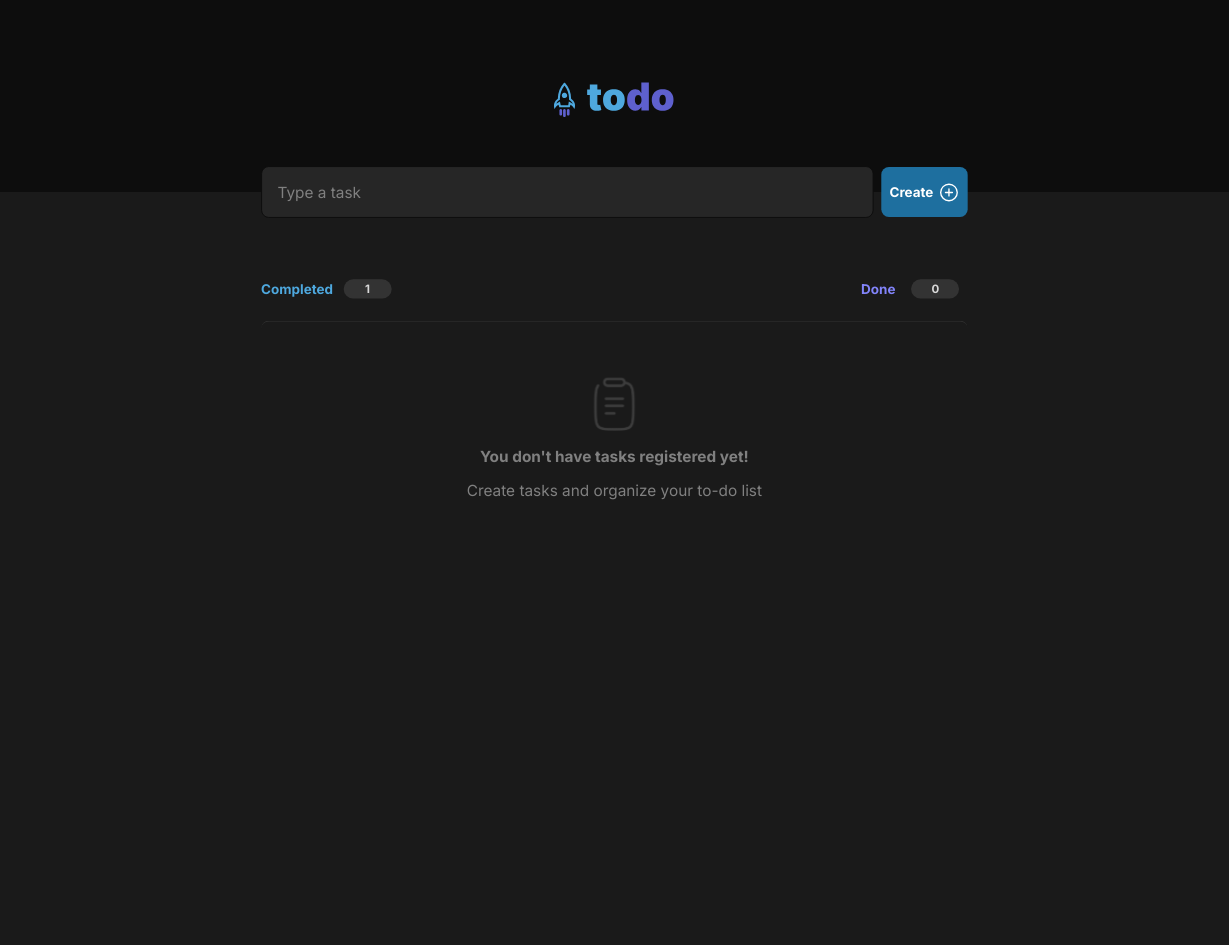
Repository: JoseGu1llardi/to-do-list-D01
Page: /
These files come from the project's save history. The page is drawn as it stood at one moment and after the next save; the edit follows.
The browser window is 1280 px wide. The pictures show the whole page, at 96% of full size.
The project was rebuilt for these pictures with package versions that can differ from the ones it lists, and the page was loaded fresh each time. Also part of the build but not shown: vite.config.ts.

Above is the page before, as saved 2023-03-11 20:45:46.

After the next save:
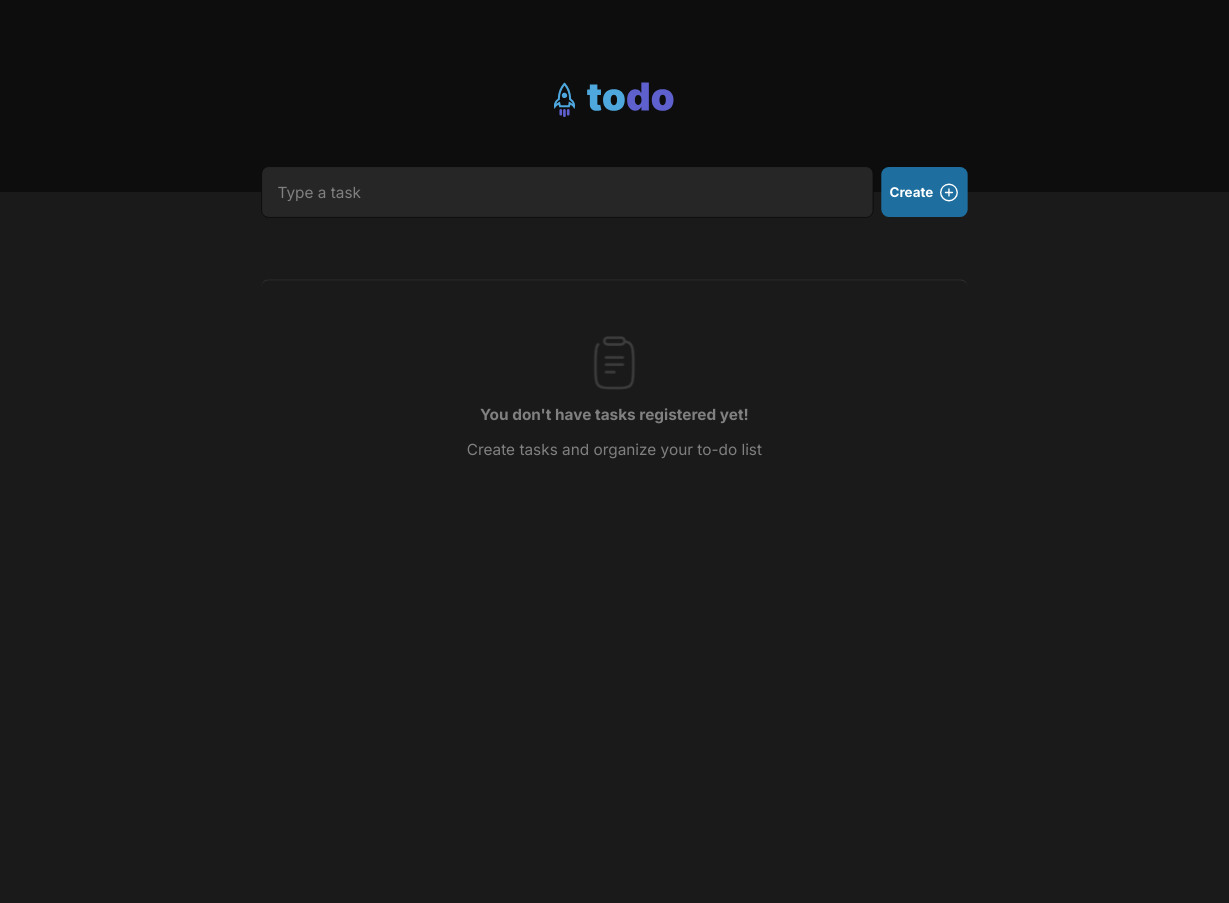
Saved 28 s later.
--- a/src/components/Tasks/index.tsx
+++ b/src/components/Tasks/index.tsx
@@ -5,7 +5,7 @@ import styles from './styles.module.css';
 export function Tasks() {
     return (
         <>
-            <section className={styles.info}>
+            {/* <section className={styles.info}>
 
                 <div className={styles.created}>
                     <span>Completed</span>
@@ -21,7 +21,7 @@ export function Tasks() {
                     </div>
                 </div>
 
-            </section>
+            </section> */}
 
             <section className={styles.tasks}>
                 <img src={Clipboard} alt="" />
